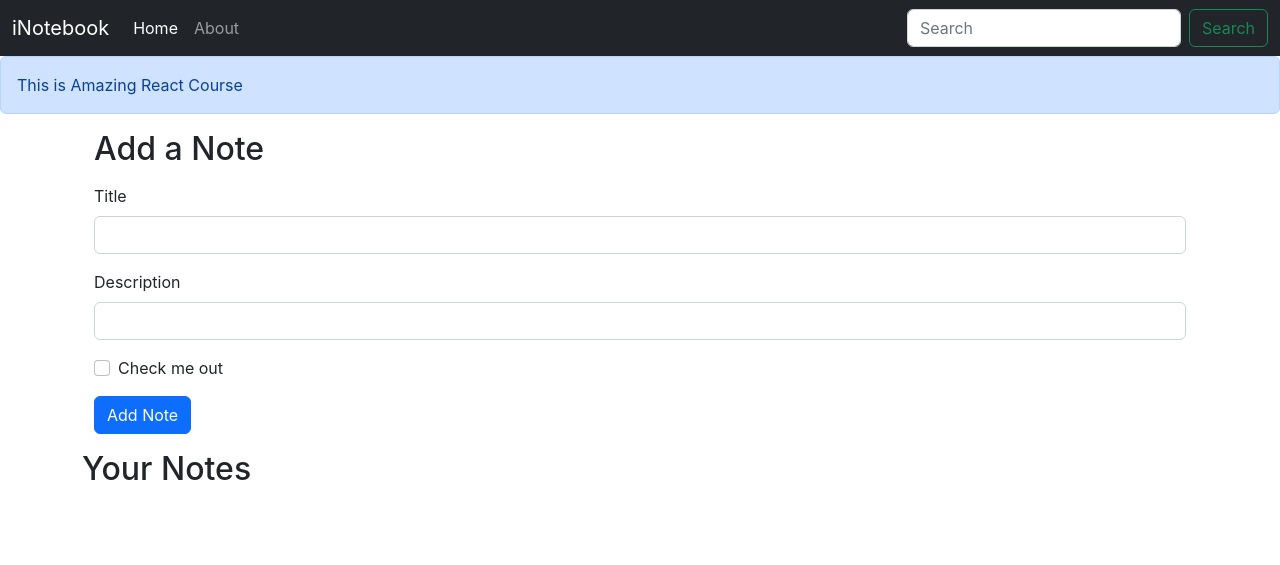
Repository: SatishPatil108/iNotebook-React
Page: /
The author's editor kept a copy of each file at every save. The page is drawn from the files as they stood at one save, then again after the next save.
The browser window is 1280 px wide. The pictures show the whole page.
The page's requests for data from a server got no answer. Some web libraries are served in a nearby version. The project was rebuilt for these pictures with package versions that can differ from the ones it lists, and the page was loaded fresh each time. No one was signed in, and anything a server would have sent is missing. Also part of the build but not shown: src/App.css, src/components/Noteitem.js, src/components/About.js.

Above is the page before, as saved 2022-07-28 17:50:40.

After the next save:
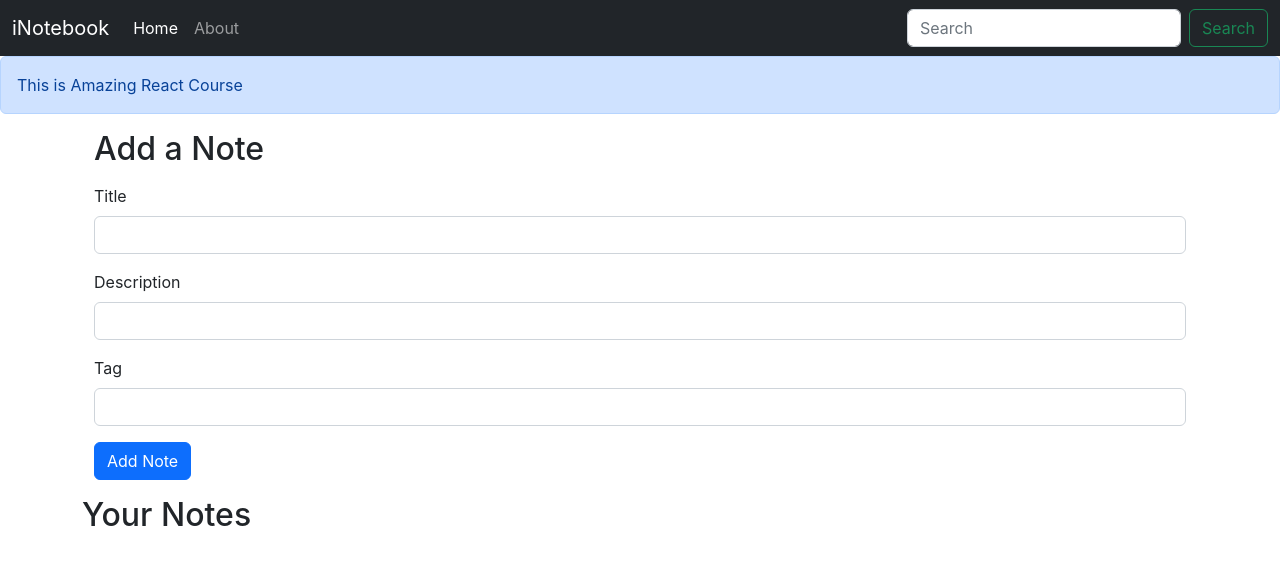
Saved 3 min 46 s later.
--- a/src/components/AddNote.js
+++ b/src/components/AddNote.js
@@ -28,10 +28,11 @@ const AddNote = () => {
                         <label htmlFor="description" className="form-label">Description</label>
                         <input type="text" className="form-control" id="description" name="description" onChange={onChange} />
                     </div>
-                    <div className="mb-3 form-check">
-                        <input type="checkbox" className="form-check-input" id="exampleCheck1" onChange={onChange} />
-                        <label className="form-check-label" htmlFor="exampleCheck1">Check me out</label>
+                    <div className="mb-3">
+                        <label htmlFor="tag" className="form-label">Tag</label>
+                        <input type="text" className="form-control" id="tag" name="tag" onChange={onChange} />
                     </div>
+
                     <button type="submit" className="btn btn-primary" onClick={handleClick}>Add Note</button>
                 </form>
             </div>
